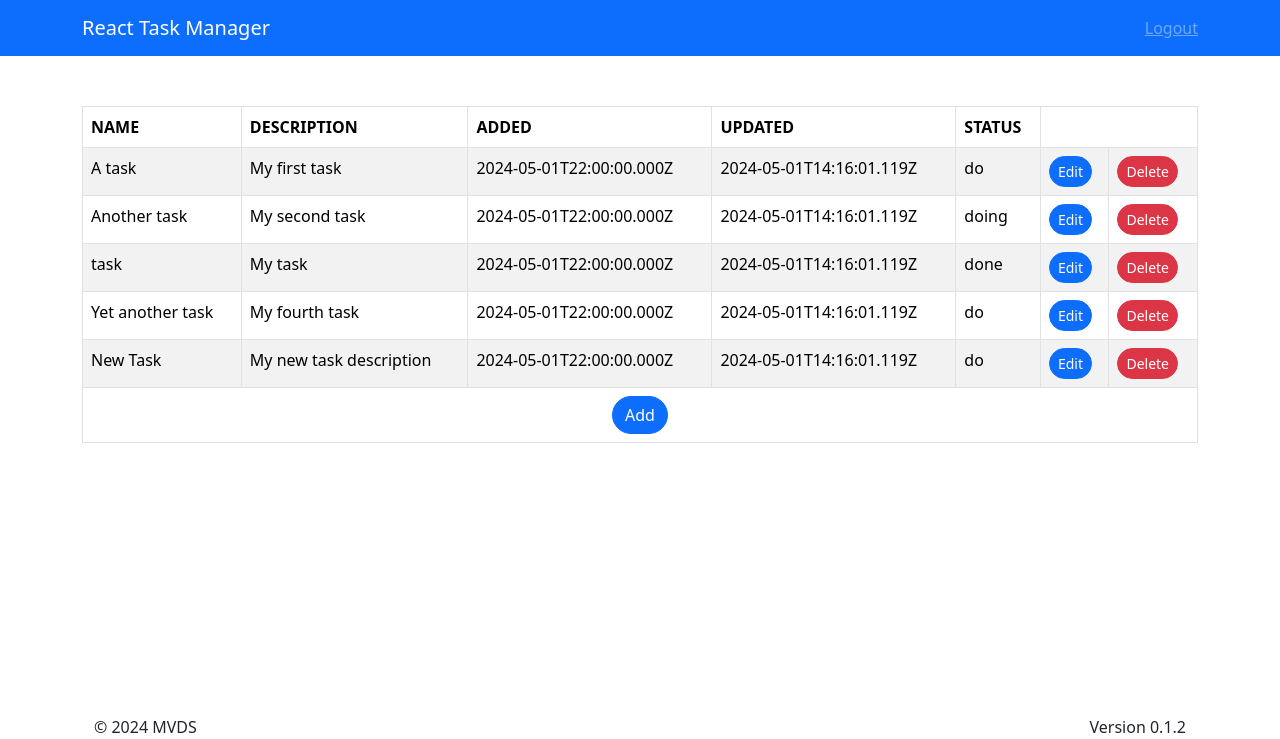
Repository: trider/react-task-manager
Page: /#/tasks
The author's editor kept a copy of each file at every save. The page is drawn from the files as they stood at one save, then again after the next save.
The browser window is 1280 px wide. The pictures show the whole page.
The project was rebuilt for these pictures with package versions that can differ from the ones it lists, and the page was loaded fresh each time. Also part of the build but not shown: src/App.css, src/_data/_Users.js, src/pages/Login.js, src/components/Add.js.

Above is the page before, as saved 2024-05-10 15:11:36.

After the next save:
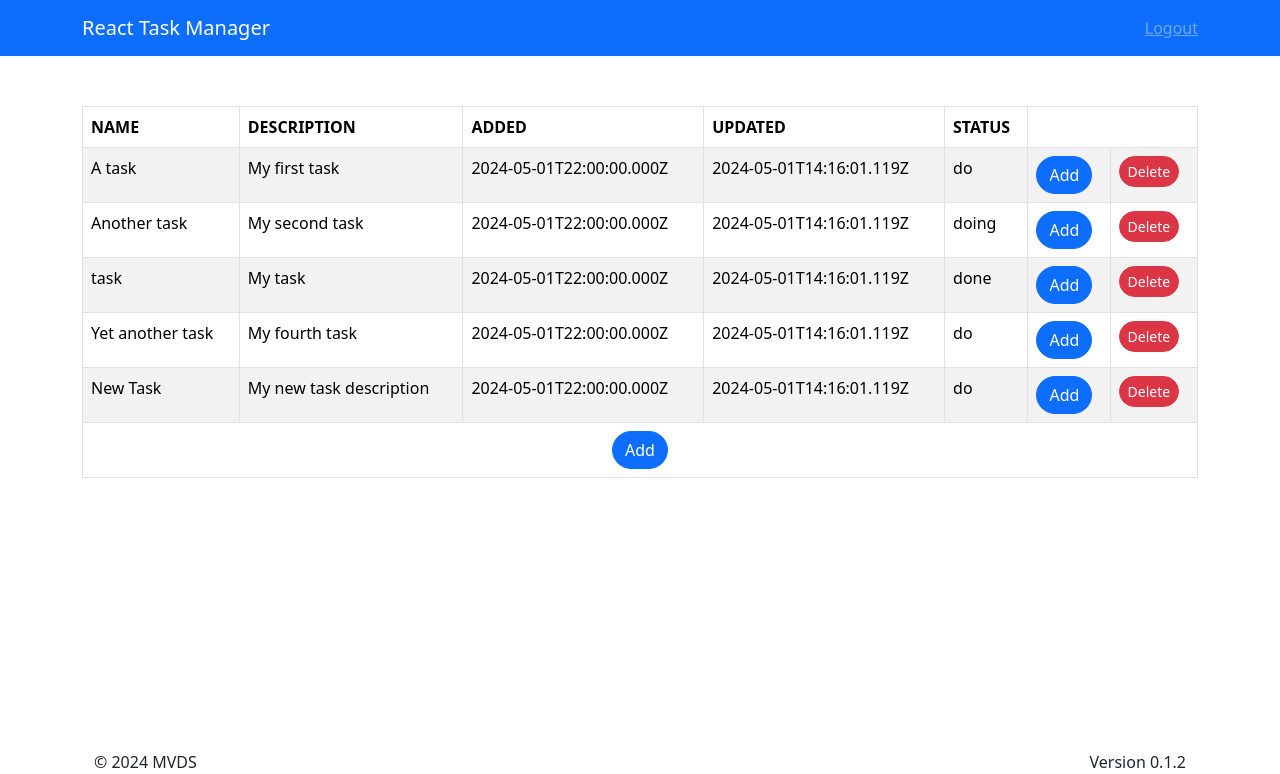
Saved 102 s later.
--- a/src/pages/Task.js
+++ b/src/pages/Task.js
@@ -151,7 +151,8 @@ const TaskTable = () => {
             ))}
 
             <td>
-              {getButton(task)}
+              {/* {getButton(task)} */}
+              <ModalComponent title='Add' tasks={tasks} onAddTask={addTask} />
             </td>
             <td>
               <Button variant="danger rounded-pill" size='sm' onClick={(e) => deleteTask(task)}>
